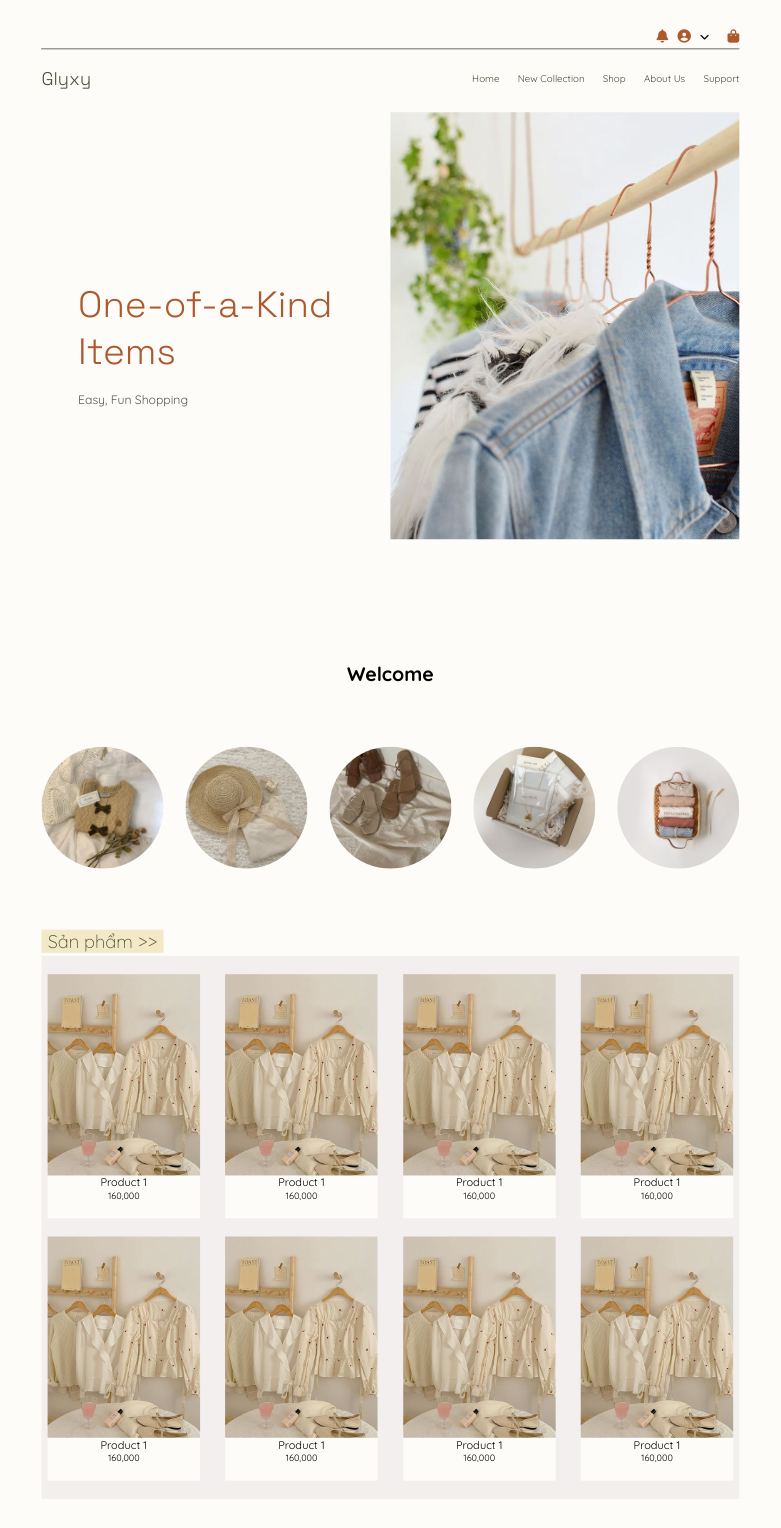
Repository: nganha241/store
Page: index.html
The author's editor kept a copy of each file at every save. The page is drawn from the files as they stood at one save, then again after the next save.
The browser window is 1280 px wide. The pictures show the whole page, at 61% of full size.
Some web libraries are served in a nearby version.

Above is the page before, as saved 2022-04-16 19:43:36.

### index.html
<!DOCTYPE html>
<html lang="en">
  <head>
    <meta charset="UTF-8" />
    <meta http-equiv="X-UA-Compatible" content="IE=edge" />
    <meta name="viewport" content="width=device-width, initial-scale=1.0" />
    <title>Document</title>
    <link rel="stylesheet" href="style.css" />
  </head>
  <body>
    <div class="header">
      <div class="tools">
        <div class="notification">
          <i class="fa-solid fa-bell"></i>
        </div>
        <div class="account">
          <i class="fa-solid fa-circle-user"></i>
          <span><i class="fa-solid fa-angle-down"></i></span>
        </div>
        <div class="cart">
          <i class="fa-solid fa-bag-shopping"></i>
        </div>
      </div>
      <hr />
      <nav>
        <div class="logo"><a href="#">Glyxy</a></div>
        <ul class="menu">
          <li><a href="#">Home</a></li>
          <li><a href="#">New Collection</a></li>
          <li><a href="#">Shop</a></li>
          <li><a href="#">About Us</a></li>
          <li><a href="#">Support</a></li>
        </ul>
      </nav>
      <div class="banner">
        <div class="slogan">
          <h4>One-of-a-Kind Items</h4>
          <p>Easy, Fun Shopping</p>
        </div>
        <div class="img-banner">
          <img src="./img/banner.jpg" alt="" />
        </div>
      </div>
    </div>
    <div class="section">
      <div class="into-title">
        <h1>Welcome</h1>
      </div>
      <div class="intro">
        <div class="intro-card">
          <div class="intro-img">
            <img src="./img/intro/i1.jpg" alt="" />
          </div>
        </div>
        <div class="intro-card">
          <div class="intro-img">
            <img src="./img/intro/i2.jpg" alt="" />
          </div>
        </div>
        <div class="intro-card">
          <div class="intro-img">
            <img src="./img/intro/i3.jpg" alt="" />
          </div>
        </div>
        <div class="intro-card">
          <div class="intro-img">
            <img src="./img/intro/i4.jpg" alt="" />
          </div>
        </div>
        <div class="intro-card">
          <div class="intro-img">
            <img src="./img/intro/i5.jpg" alt="" />
          </div>
        </div>
      </div>
      <div class="pro-title">
        <h2><a href="#">Sản phẩm >></a></h2>
      </div>
      <div class="products">
        <div class="card">
          <div class="pro-img">
            <img src="./img/products/p1.jpg" alt="" />
          </div>
          <div class="pro-name">Product 1</div>
          <div class="pro-price">160,000</div>
          <div class="add-cart">
            <button>Thêm vào giỏ hàng</button>
          </div>
        </div>
        <div class="card">
          <div class="pro-img">
            <img src="./img/products/p1.jpg" alt="" />
          </div>
          <div class="pro-name">Product 1</div>
          <div class="pro-price">160,000</div>
          <div class="add-cart">
            <button>Thêm vào giỏ hàng</button>
          </div>
        </div>
        <div class="card">
          <div class="pro-img">
            <img src="./img/products/p1.jpg" alt="" />
          </div>
          <div class="pro-name">Product 1</div>
          <div class="pro-price">160,000</div>
          <div class="add-cart">
            <button>Thêm vào giỏ hàng</button>
          </div>
        </div>
        <div class="card">
          <div class="pro-img">
            <img src="./img/products/p1.jpg" alt="" />
          </div>
          <div class="pro-name">Product 1</div>
          <div class="pro-price">160,000</div>
          <div class="add-cart">
            <button>Thêm vào giỏ hàng</button>
          </div>
        </div>
        <div class="card">
          <div class="pro-img">
            <img src="./img/products/p1.jpg" alt="" />
          </div>
          <div class="pro-name">Product 1</div>
          <div class="pro-price">160,000</div>
          <div class="add-cart">
            <button>Thêm vào giỏ hàng</button>
          </div>
        </div>
        <div class="card">
          <div class="pro-img">
            <img src="./img/products/p1.jpg" alt="" />
          </div>
          <div class="pro-name">Product 1</div>
          <div class="pro-price">160,000</div>
          <div class="add-cart">
            <button>Thêm vào giỏ hàng</button>
          </div>
        </div>
        <div class="card">
          <div class="pro-img">
            <img src="./img/products/p1.jpg" alt="" />
          </div>
          <div class="pro-name">Product 1</div>
          <div class="pro-price">160,000</div>
          <div class="add-cart">
            <button>Thêm vào giỏ hàng</button>
          </div>
        </div>
        <div class="card">
          <div class="pro-img">
            <img src="./img/products/p1.jpg" alt="" />
          </div>
          <div class="pro-name">Product 1</div>
          <div class="pro-price">160,000</div>
          <div class="add-cart">
            <button>Thêm vào giỏ hàng</button>
          </div>
        </div>
      </div>
    </div>
    <div class="footer"></div>

    <script
      src="https://kit.fontawesome.com/ae971d7ee0.js"
      crossorigin="anonymous"
    ></script>
    <script src="./main.js"></script>
  </body>
</html>

### style.css
@import url('https://fonts.googleapis.com/css2?family=Quicksand:wght@300;400;500;600;700&family=Space+Grotesk:wght@300;400&display=swap');

* {
    font-family: 'Quicksand', sans-serif;
    box-sizing: border-box;
}

body {
    background: #fdfcf9;
    position: relative;
    height: auto;
    padding: 40px 60px;
}

a {
    text-decoration: none;
}

li {
    list-style: none;
}

.header .tools {
    display: flex;
    justify-content: flex-end;
    gap: 15px;
}

.header .tools .notification,
.header .tools .account,
.header .tools .cart {
    cursor: pointer;
}

.header .tools .fa-solid {
    font-size: 22px;
    color: #ae582d;
}

.header .tools .account span .fa-solid{
    font-size: 18px;
    color: #111;
    margin-left: 10px;
    margin-right: 15px;
}

.header .tools .account:hover .fa-solid{
    color: #ae582d;
}

.header hr {
    background: #48503c;
}

.header nav {
    display: flex;
    width: 100%;
}

.header nav .logo {
    width: 50%;
    padding-top: 20px;
}

.header nav .logo a{
    font-family: 'Space Grotesk', sans-serif;
    font-size: 30px;
    color: #48503c;
    font-weight: 100;

}

.header nav .logo a:hover {
    color: #111;
}

.header nav .menu {
    display: flex;
    gap: 15px;
    padding-top: 7px;
    justify-content: flex-end;
    width: 50%;
}

.header nav .menu li {
    float: left;
}

.header nav .menu li a {
    display: block;
    padding: 6px 0px 0px 15px;
    color: #48503c;
}

.header nav .menu li:hover a {
    color: #111;
}

.header .banner {
    width: 100%;
    height: 700px;
    display: flex;
    align-items: center;
    margin-top: 30px;
    position: relative;
}

.header .banner .slogan {
    width: 50%;
    padding-left: 60px;
    padding-right: 20px;
}

.header .banner .slogan h4 {
    color: #ae582d;
    font-family: 'Space Grotesk', sans-serif;
    font-size: 60px;
    font-weight: 200;
}

.header .banner .slogan p {
    font-size: 20px;
    color: #515a54;
    margin-top: -50px;
}

.header .banner .img-banner{
    width: 50%;
    height: 100%;
}

.header .banner .img-banner img {
    width: 100%;
    height: 100%;
    object-fit: cover;
}



.section {
    height: auto;
    margin-top: 100px;

}

.section .into-title {
    margin-top: 200px;
    text-align: center;
}

.section .intro {
    display: flex;
    flex-wrap: wrap;
    justify-content: space-between;
    margin-bottom: 100px;
    margin-top: 100px;
    gap: 10px;
}

.section .intro .intro-card .intro-img {
    width: 200px;
    height: 200px;
}

.section .intro .intro-card .intro-img img {
    width: 100%;
    height: 100%;
    border-radius: 50%;
}

.section .pro-title{
    height: auto;
    width: 200px;
    background: #f4e9c7;
    text-align: center;
    margin-bottom: -15px;
}

.section .pro-title h2 a{
    font-size: 30px;
    color: #48503c;
    font-weight: 200;
}

.section .products {
    display: flex;
    flex-wrap: wrap;
    justify-content: space-between;
    row-gap: 30px;
    padding: 30px 10px;
    background: rgb(244, 239, 239);
}

.section .products .card {
    width: 250px;
    height: 400px;
    background: #fdfcf9;
    text-align: center;
    cursor: pointer;
    transition: 0.4s;
    position: relative;
}

.section .products .card:hover {
    transform: scale(1.1 , 1.1);
    background: rgba(255, 255, 255, 0.4);

}

.section .products .card .pro-img {
    height: 330px;
}

.section .products .card .pro-img img{
    width: 100%;
    height: 100%;
    object-fit: cover;
}

.section .products .card .pro-name {
    font-size: 18px;
}

.section .products .card .pro-price {
    font-size: 15px;
}

.section .products .card .add-cart {
    margin-top: -220px;

}

.section .products .card .add-cart button{
    opacity: 0;
    height: 40px;
    background: #ae582d;
    border: 0;
    cursor: pointer;
    transition: 0.4s;
    color: #fff;
}

.section .products .card:hover .add-cart button {
    transition: 0.4s;
    opacity: 1;
}

.section .products .card .add-cart button:hover {
    transform: scale(1.1);
}

### main.js
const banners = document.querySelectorAll(".img-banner .image img");
const slider = document.querySelector(".slider img");

let countIndex = 0;
let currentIndex;

// setInterval(
//   banners.forEach((banner, index) => {
//     currentIndex = countIndex;
//     countIndex = index;
//     console.log(currentIndex);
//     console.log(countIndex);
//     slider.src = banner.src;
//   }),
//   1000
// );

banners.forEach((banner) => {
  currentIndex = countIndex;
  countIndex++;
  console.log(currentIndex);
  console.log(countIndex);
  slider.src = banner.src;
});

After the next save:
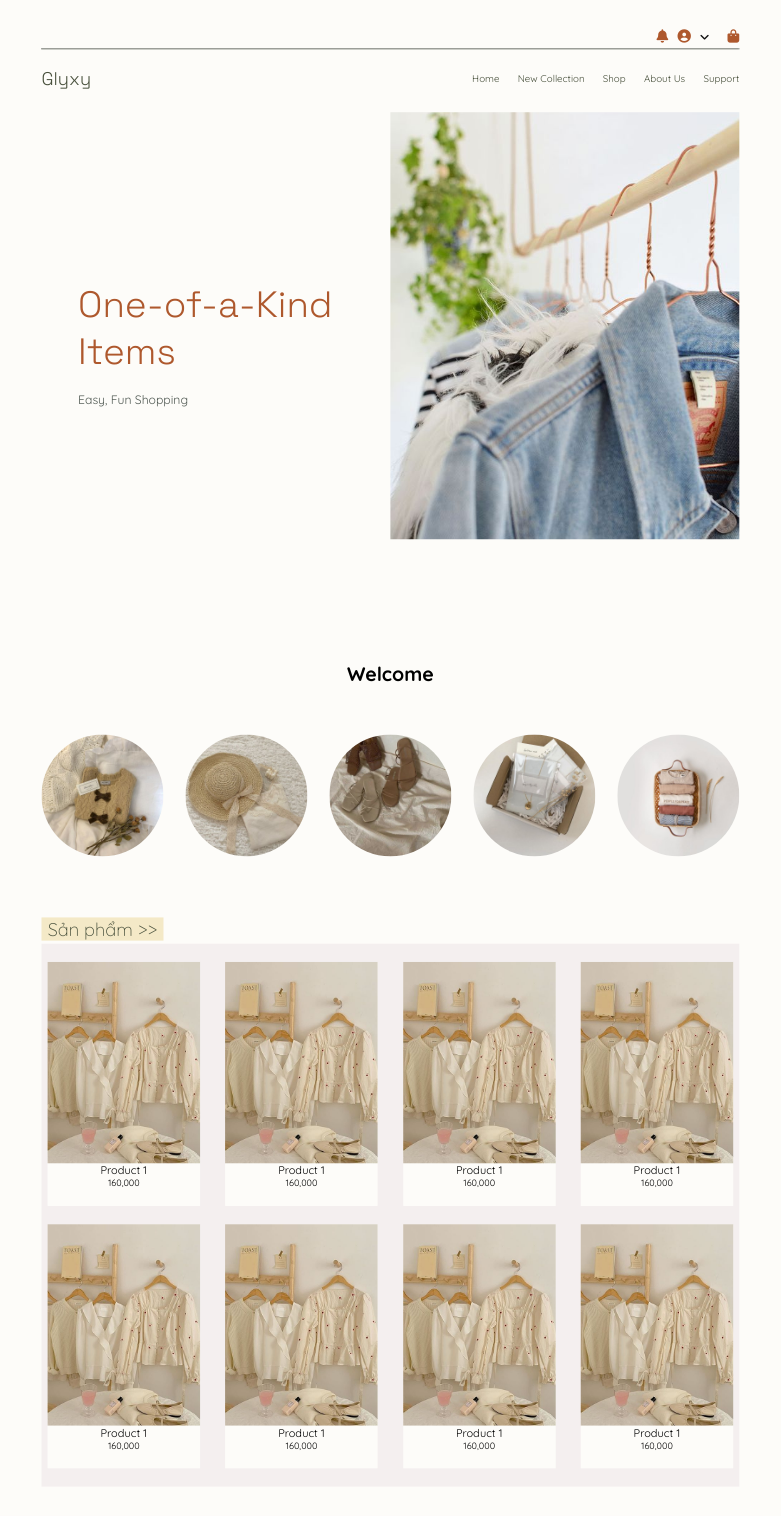
Saved 6 s later.
--- a/style.css
+++ b/style.css
@@ -153,7 +153,7 @@ li {
     flex-wrap: wrap;
     justify-content: space-between;
     margin-bottom: 100px;
-    margin-top: 100px;
+    margin-top: 80px;
     gap: 10px;
 }
 
